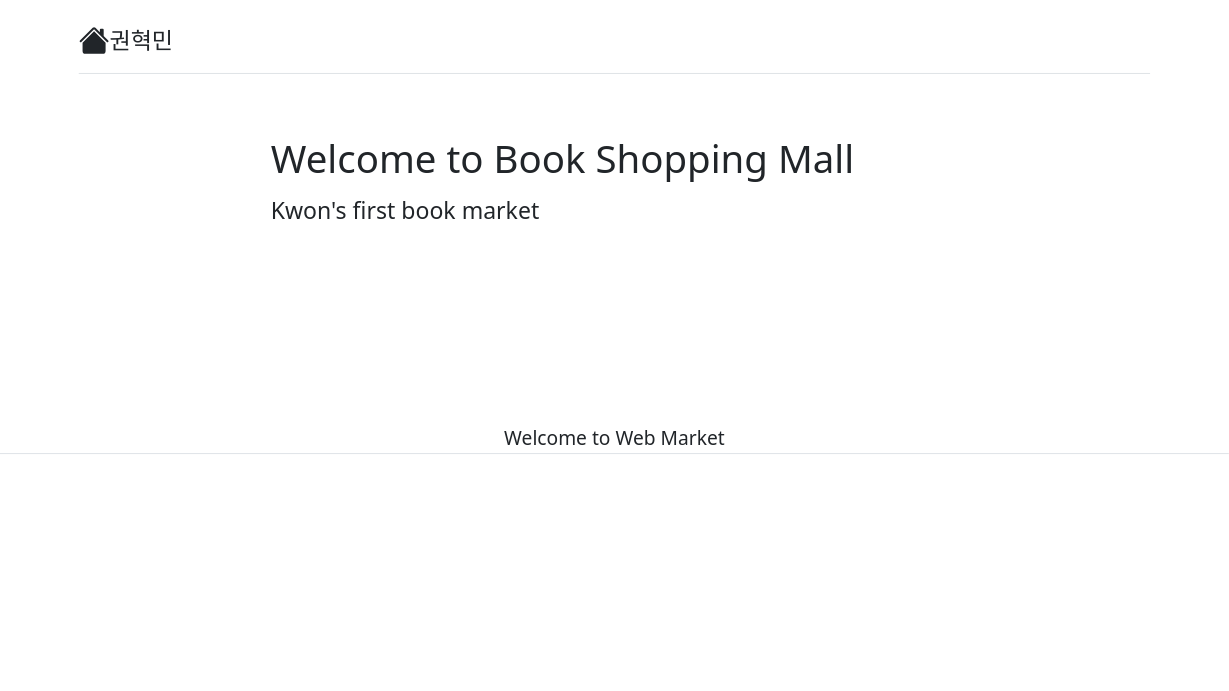
Repository: minn0701/JSP-Webbprogramming
Page: http://localhost/BookMarket/Welcome.jsp
The author's editor kept a copy of each file at every save. The page is drawn from the files as they stood at one save, then again after the next save.
The browser window is 1280 px wide. The pictures show the whole page, at 96% of full size.
The page is served by Tomcat 9.

Above is the page before, as saved 2024-03-20 13:23:57.

After the next save:
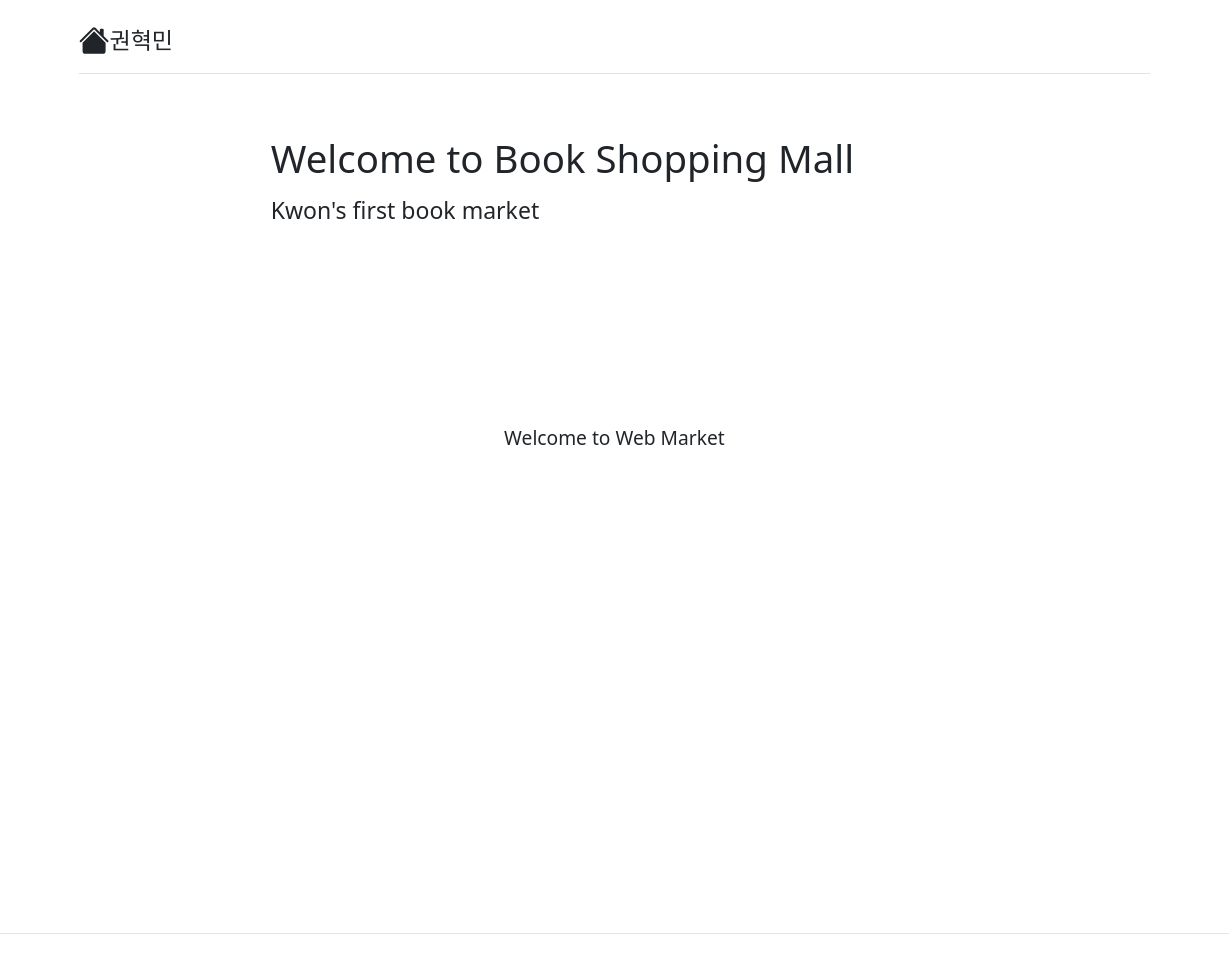
Saved 73 s later.
--- a/BookMarket/src/main/webapp/Welcome.jsp
+++ b/BookMarket/src/main/webapp/Welcome.jsp
@@ -50,7 +50,12 @@
 
 </div>
 
-<div>
+<div style="margin-top: 500px;"
+
+
+
+
+>
 <header class="pb-3 mb-4 border-top">
 
 
